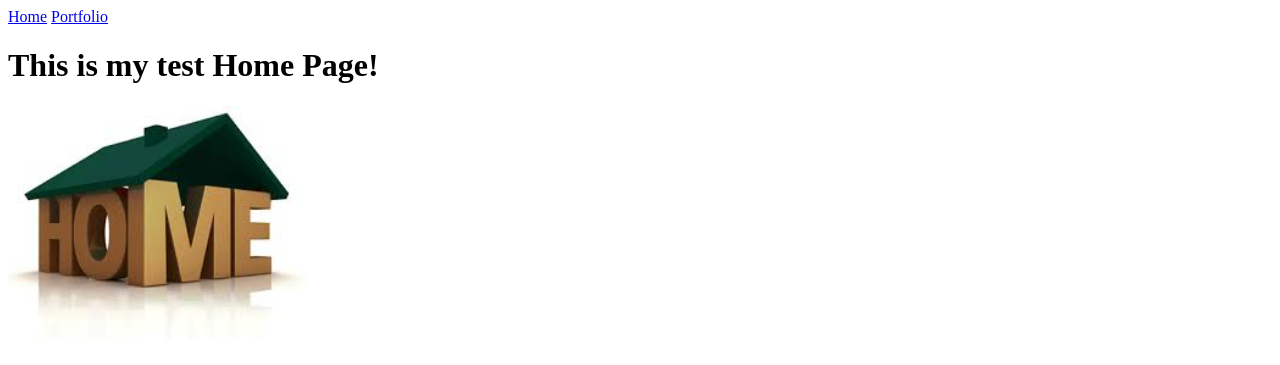
Repository: JDiaz463/JDiaz463.github.io
Page: my_website/index.html
The author's editor kept a record of every edit. The page is drawn from the files as they stood at one moment, then again after the next edit.
The browser window is 1280 px wide. The pictures show the whole page.

Above is the page before.

### my_website/index.html
<!doctype html>
<html lang="en">
  <head>
    <meta charset="utf-8">
    <title>Home</title>
  </head>
  <body>
    <a href="index.html">Home</a>
    <a href="portfolio.html">Portfolio</a>
    <h1>This is my test Home Page!</h1>
    <img src="images/home.jpg" height="250">
  </body>
</html>

After the next edit:
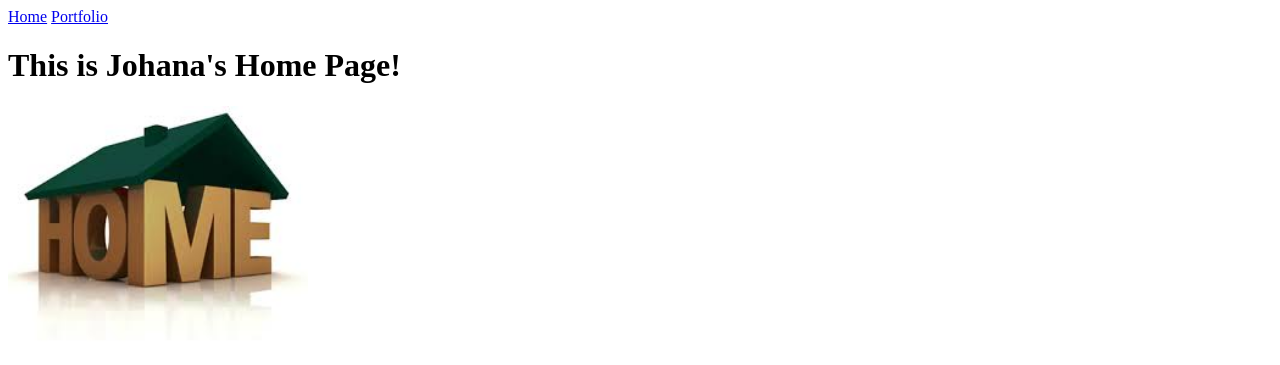
The edit:
--- a/my_website/index.html
+++ b/my_website/index.html
@@ -7,7 +7,7 @@
   <body>
     <a href="index.html">Home</a>
     <a href="portfolio.html">Portfolio</a>
-    <h1>This is my test Home Page!</h1>
+    <h1>This is Johana's Home Page!</h1>
     <img src="images/home.jpg" height="250">
   </body>
 </html>
